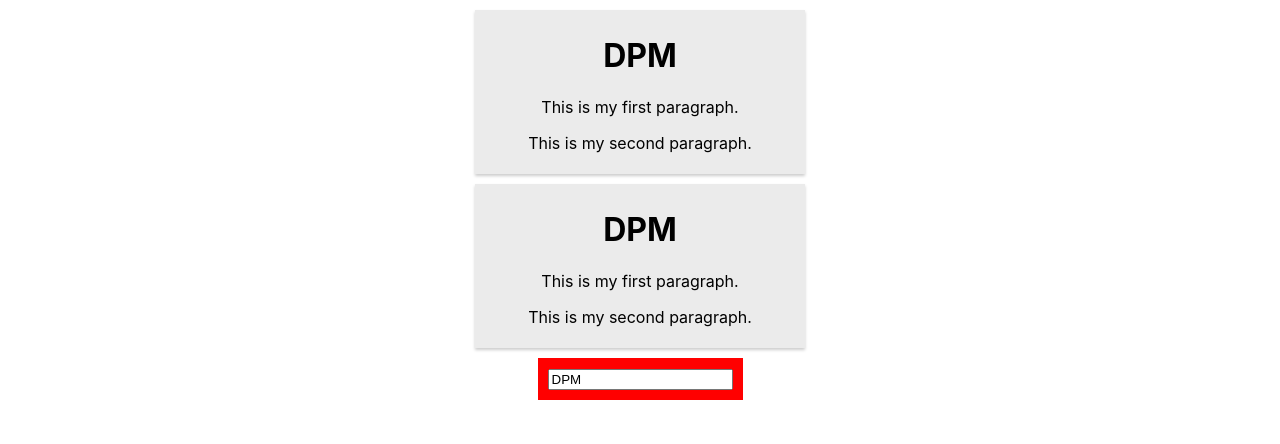
Repository: AidanHak/udemy-react-guide
Page: / (app in base-syntax--assignment-problem/)
An editor plug-in stored every save of this project. The page is shown before and after the next save, followed by the edit.
The browser window is 1280 px wide. The pictures show the whole page.
The project was rebuilt for these pictures with package versions that can differ from the ones it lists, and the page was loaded fresh each time.

Above is the page before, as saved 2020-12-17 19:37:29.

### base-syntax--assignment-problem/src/App.js
import React, { Component } from 'react';
import './App.css';
import UserInput from './UserInput/UserInput';
import UserOutput from './UserOutput/UserOutput';

class App extends Component {
	state = {
		username: 'DPM'
	}

	changeUsernameHandler = (event) => {
		this.setState({
			username: event.target.value
		})
	}

	render() {
		return (
		  <div className="App">
				<UserOutput
					username={this.state.username}></UserOutput>
				<UserOutput
					username={this.state.username}></UserOutput>
				<UserInput
					username={this.state.username}
					usernameChange={this.changeUsernameHandler}></UserInput>
		  </div>
		);
	}
}

export default App;

### base-syntax--assignment-problem/src/UserInput/UserInput.js
import React from 'react';
import './UserInput.css';

const UserInput = (props) => {
	const style = {
		borderRadius:'3px',
		margin:'5px auto'
	}
	return (
		<div className="UserInput">
			<input type="text" value={props.username} onChange={props.usernameChange} />
		</div>
	)
}

export default UserInput;

### base-syntax--assignment-problem/src/UserOutput/UserOutput.js
import React from 'react';
import './UserOutput.css';

const UserOutput = (props) => {
	const style = {
		width: '25%',
		padding:'5px',
		margin: '10px auto',
		boxShadow: '0 2px 3px #ccc'
	}

	return (
		<div className="UserOutput" style={style}>
			<h1>{props.username}</h1>
			<p>This is my first paragraph.</p>
			<p>This is my second paragraph.</p>
		</div>
	)
}

export default UserOutput;

### base-syntax--assignment-problem/src/UserInput/UserInput.css
.UserInput {
	background-color:red;
	width:auto;
	display:inline-block;
	padding:10px;
}

### base-syntax--assignment-problem/src/UserOutput/UserOutput.css
.UserOutput {
	background-color:rgb(235, 235, 235);
}

Loaded but not shown: base-syntax--assignment-problem/public/index.html (common file); base-syntax--assignment-problem/src/index.js (common file); base-syntax--assignment-problem/src/index.css (common file); base-syntax--assignment-problem/src/reportWebVitals.js (common file); base-syntax--assignment-problem/src/App.css (common file)

After the next save:
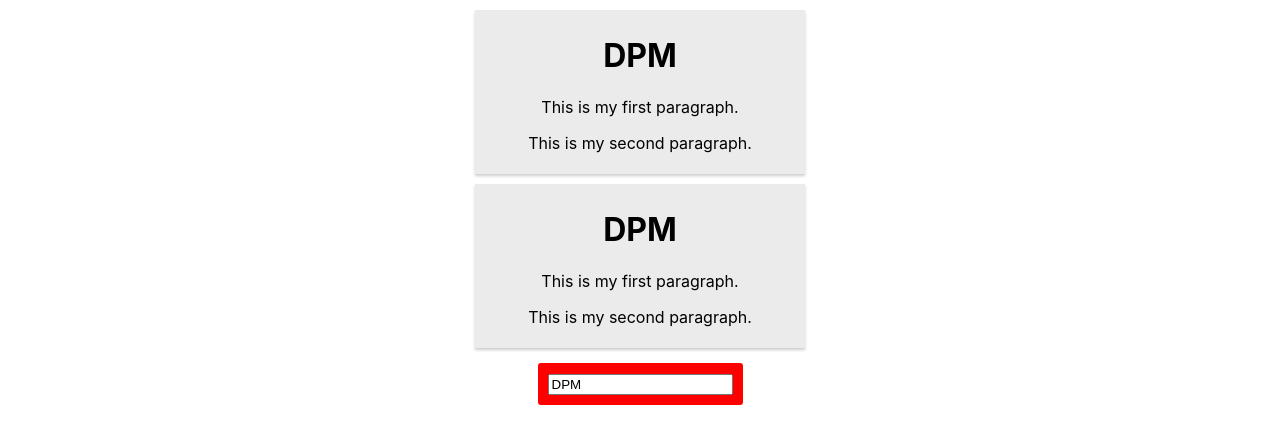
Saved 9 s later.
--- a/base-syntax--assignment-problem/src/UserInput/UserInput.js
+++ b/base-syntax--assignment-problem/src/UserInput/UserInput.js
@@ -6,8 +6,9 @@ const UserInput = (props) => {
 		borderRadius:'3px',
 		margin:'5px auto'
 	}
+
 	return (
-		<div className="UserInput">
+		<div className="UserInput" style={style}>
 			<input type="text" value={props.username} onChange={props.usernameChange} />
 		</div>
 	)
